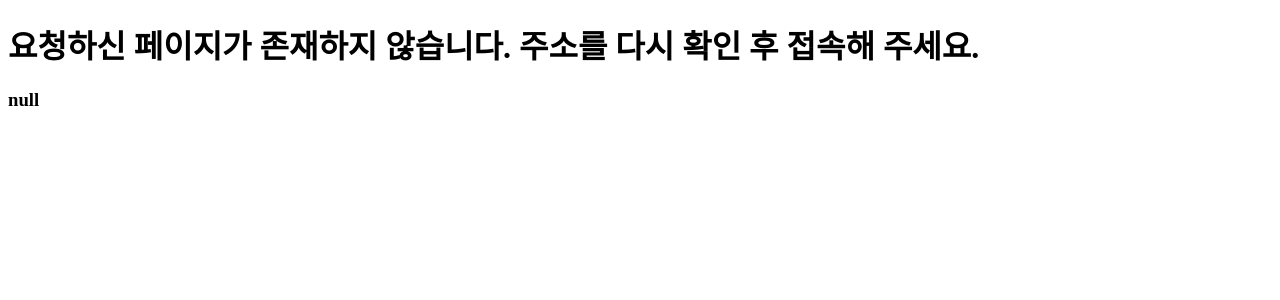
Repository: 2hundred2ne2/bit
Page: http://localhost/First_Web/error/error500.jsp
These files come from the project's save history. The page is drawn as it stood at one moment and after the next save; the edit follows.
The browser window is 1280 px wide. The pictures show the whole page.
The page is served by Tomcat 9. Other server files are loaded and not shown.

Above is the page before, as saved 2020-12-17 03:02:06.

### JSP_PROJECT/First_Web/WebContent/error/error500.jsp
<%@ page language="java" contentType="text/html; charset=UTF-8"
    pageEncoding="UTF-8"%>
    <%@ page isErrorPage="true" %>
<!DOCTYPE html>
<html>
<head>
<meta charset="UTF-8">
<title>Insert title here</title>
</head>
<body>

<h1>요청하신 페이지가 존재하지 않습니다. 주소를 다시 확인 후 접속해 주세요.</h1>
<h3> <%= exception %></h3>
</body>
</html>

After the next save:
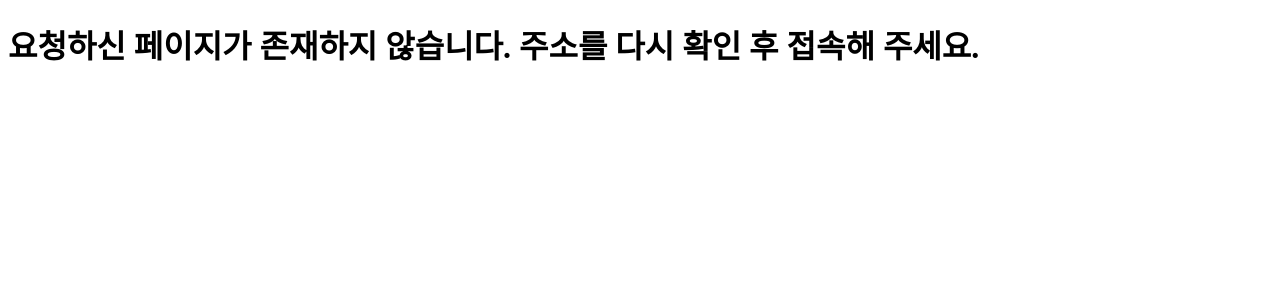
Saved 94 s later.
--- a/JSP_PROJECT/First_Web/WebContent/error/error500.jsp
+++ b/JSP_PROJECT/First_Web/WebContent/error/error500.jsp
@@ -10,6 +10,6 @@
 <body>
 
 <h1>요청하신 페이지가 존재하지 않습니다. 주소를 다시 확인 후 접속해 주세요.</h1>
-<h3> <%= exception %></h3>
+
 </body>
 </html>
